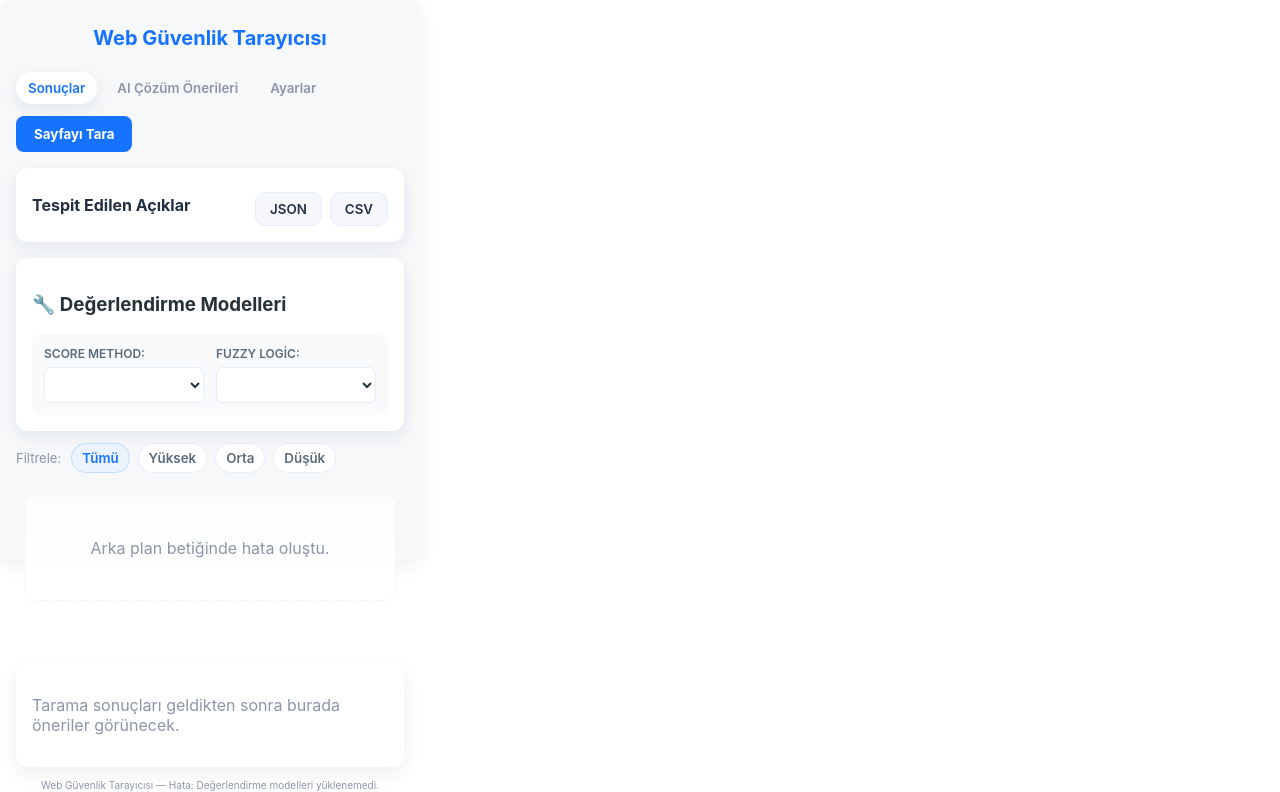
Repository: seliinduru/chrome-vuln-scanner
Page: popup.html
These files come from the project's save history. The page is drawn as it stood at one moment and after the next save; the edit follows.
The browser window is 1280 px wide. The pictures show the whole page.

Above is the page before, as saved 2025-11-05 18:38:43.

After the next save:
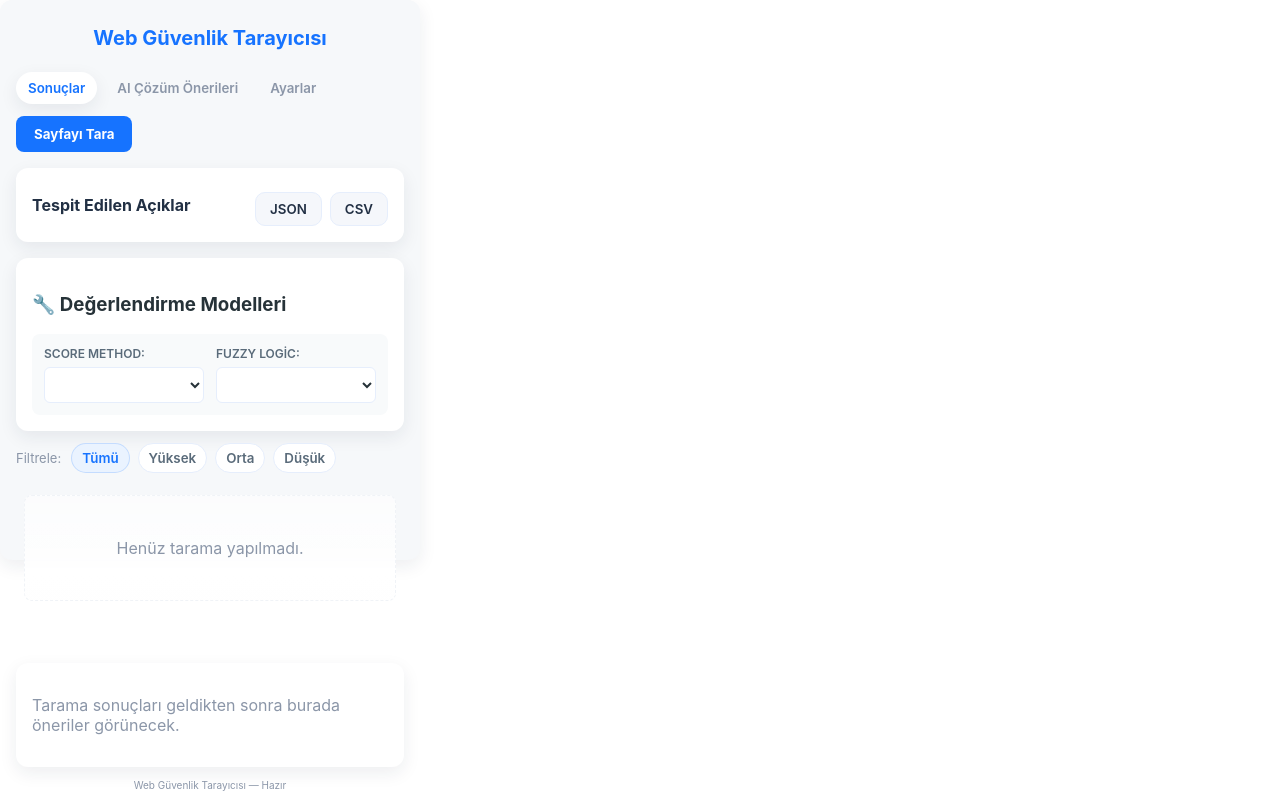
Console error: SyntaxError: Unexpected end of input
Saved 10 s later.
--- a/popup.js
+++ b/popup.js
@@ -1,6 +1,8 @@
-// popup.js - AI ÖNERİLERİ AYRI SAYFAYA TAŞINMIŞ NİHAİ VERSİYON
+// popup.js - NİHAİ, TEK SAYFA UYGULAMASI MİMARİSİNE SAHİP SON VERSİYON
 
 document.addEventListener('DOMContentLoaded', () => {
+
+    // Global Değişkenler ve DOM Elementleri
     let currentVulns = [];
     let currentFilter = 'all';
     let selectedModels = { scoreMethod: 'gpt', fuzzyLogic: 'gpt' };
@@ -13,10 +15,13 @@
     const statusText = document.getElementById('statusText');
     const scoreMethodSelect = document.getElementById('scoreMethodSelect');
     const fuzzyLogicSelect = document.getElementById('fuzzyLogicSelect');
-
+    const aiSuggestions = document.getElementById('aiSuggestions');
+
+    // Yardımcı Fonksiyonlar
     const setStatus = (message) => { if (statusText) statusText.textContent = message; };
     const filterVulns = (vulns) => { if (currentFilter === 'all') return vulns; return vulns.filter(v => (v.severity || 'medium').toLowerCase() === currentFilter); };
 
+    // Skorlama ve Değerlendirme Motorları (Değişiklik yok)
     const ScoreCalculator = {
         calculateScore: (vuln, config, modelName) => {
             if (!config || !config.typeWeights) return 50;
@@ -44,14 +49,10 @@
             return Math.round(Math.max(0, Math.min(1, score)) * 100);
         }
     };
-
     const FuzzyLogicEngine = {
         evaluate: (vuln, config) => {
              if (!config || !config.rules) return { score: 50, label: "Orta" };
             const { memberships, rules, outputs } = config;
-            const fuzzyInputs = { type: {}, location: {} };
-            for(const term in memberships.type){ fuzzyInputs.type[term] = (term === vuln.type) ? 1.0 : 0.0; }
-            for(const term in memberships.location){ fuzzyInputs.location[term] = (term === vuln.location) ? 1.0 : 0.0; }
             let totalWeightedScore = 0, totalWeight = 0, finalLabel = "Düşük";
             rules.forEach(rule => {
                 const score = outputs[rule.then]?.score || 5;
@@ -64,6 +65,7 @@
         }
     };
 
+    // Ana Mantık ve Arayüz Çizimi
     const generateHybridResults = () => {
         if (!fuzzyLogicConfig || !scoreMethods) return;
         const scoreConfig = scoreMethods.llmModels[selectedModels.scoreMethod];
@@ -78,11 +80,37 @@
         });
     };
 
+    const renderAiSuggestions = (vulns) => {
+        if (!aiSuggestions) return;
+        if (!vulns || vulns.length === 0) {
+            aiSuggestions.innerHTML = '<p class="muted">Öneri gösterecek bir açık bulunamadı.</p>';
+            return;
+        }
+        let suggestionsHTML = '<h3>Önerilen Çözümler</h3>';
+        const suggestionMap = {};
+        vulns.forEach(vuln => {
+            if (suggestionMap[vuln.type]) return;
+            switch (vuln.type) {
+                case 'xss':
+                    suggestionsHTML += `<div class="ai-advice"><h4>XSS Zafiyetleri İçin</h4><p>Kullanıcıdan gelen verileri DOM'a yazdırırken <strong>textContent</strong> kullanın. Eğer HTML yazdırmak zorundaysanız, bilinen bir "DOMPurify" gibi bir kütüphane ile veriyi temizleyin.</p></div>`;
+                    suggestionMap.xss = true;
+                    break;
+                case 'csp':
+                    suggestionsHTML += `<div class="ai-advice"><h4>CSP Eksikliği İçin</h4><p>HTTP başlıklarına katı bir <strong>Content-Security-Policy</strong> ekleyin. Bu, XSS saldırılarının etkisini büyük ölçüde azaltır.</p></div>`;
+                    suggestionMap.csp = true;
+                    break;
+                case 'csrf': case 'cookie':
+                    suggestionsHTML += `<div class="ai-advice"><h4>Cookie & CSRF Güvenliği</h4><p>Tüm oturum cookielerinin <strong>HttpOnly</strong>, <strong>Secure</strong> ve <strong>SameSite=Lax/Strict</strong> bayraklarına sahip olduğundan emin olun.</p></div>`;
+                    suggestionMap.csrf = true; suggestionMap.cookie = true;
+                    break;
+            }
+        });
+        aiSuggestions.innerHTML = Object.keys(suggestionMap).length > 0 ? suggestionsHTML : '<p class="muted">Bu açık türleri için henüz bir öneri tanımlanmadı.</p>';
+    };
+
     const renderVulns = () => {
-        if (!vulnList) return;
-        if (!fuzzyLogicConfig || !scoreMethods) {
-            setStatus("Hata: Değerlendirme modelleri yüklenemedi.");
-            vulnList.innerHTML = `<div class="empty-state"><p>Arka plan betiğinde hata oluştu.</p></div>`;
+        if (!vulnList || !fuzzyLogicConfig || !scoreMethods) {
+            if(vulnList) vulnList.innerHTML = `<div class="empty-state"><p>Modeller yüklenemedi.</p></div>`;
             return;
         }
         generateHybridResults();
@@ -108,6 +136,7 @@
         setStatus(`Tarama tamamlandı — ${filteredVulns.length} açık bulundu`);
     };
 
+    // İletişim ve Başlatma
     const startScan = async () => {
         if (isScanning || !fuzzyLogicConfig) return;
         isScanning = true;
@@ -147,10 +176,10 @@
             scoreMethods = scoreRes?.scoreMethods;
             currentVulns = vulnsRes?.vulnerabilities || [];
             if (fuzzyLogicConfig && scoreMethods) {
-                Object.keys(fuzzyLogicConfig.llmModels).forEach(key => fuzzyLogicSelect.add(new Option(key.toUpperCase(), key)));
+                Object.keys(fuzzyLogicConfig.llmModels).forEach(key => scoreMethodSelect.add(new Option(key.toUpperCase(), key)));
+                scoreMethodSelect.value = selectedModels.scoreMethod;
+                Object.keys(scoreMethods.llmModels).forEach(key => fuzzyLogicSelect.add(new Option(key.toUpperCase(), key)));
                 fuzzyLogicSelect.value = selectedModels.fuzzyLogic;
-                Object.keys(scoreMethods.llmModels).forEach(key => scoreMethodSelect.add(new Option(key.toUpperCase(), key)));
-                scoreMethodSelect.value = selectedModels.scoreMethod;
                 scanBtn.disabled = false;
             } else {
                 throw new Error("Yapılandırma dosyaları boş veya hatalı geldi.");
@@ -164,6 +193,7 @@
         }
     };
 
+    // Olay Dinleyicileri ve İlk Yükleme
     scanBtn.disabled = true;
     scanBtn.addEventListener('click', startScan);
     scoreMethodSelect.addEventListener('change', () => { selectedModels.scoreMethod = scoreMethodSelect.value; renderVulns(); });
@@ -180,19 +210,11 @@
     document.querySelectorAll('.tab').forEach(tab => {
         tab.addEventListener('click', (e) => {
             const targetTabId = e.target.dataset.tab;
+
+            // Ayarlar sekmesi ayrı bir sayfaya yönlendirir
             if (targetTabId === 'settings') {
                 window.location.href = 'settings.html';
                 return;
             }
-            if (targetTabId === 'ai') {
-                window.location.href = 'ai.html';
-                return;
-            }
-            // Sadece sonuçlar sekmesi için class değiştir
-            document.querySelector('.tab.active')?.classList.remove('active');
-            e.target.classList.add('active');
-        });
-    });
-
-    loadInitialData();
-});
+
+            // Diğer

After the save that followed:
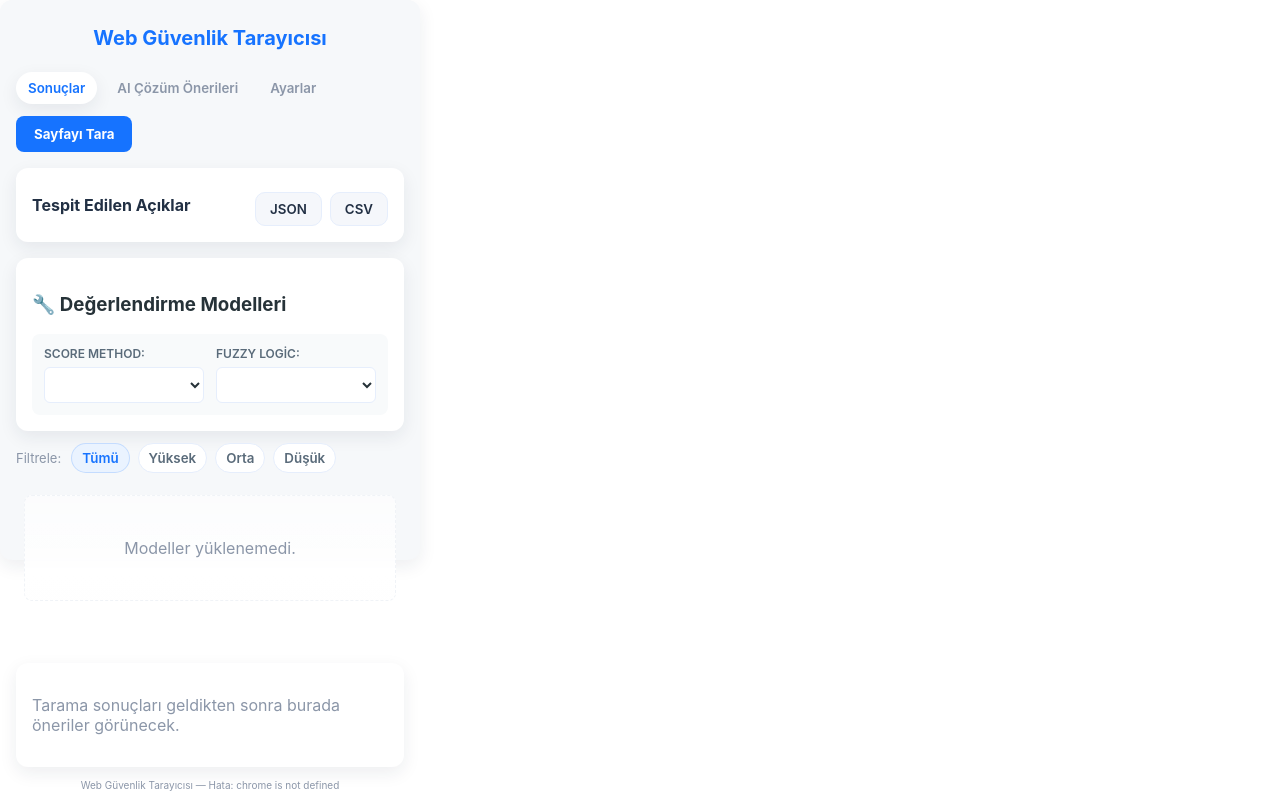
The error is gone.
Saved 17 s later.
--- a/popup.js
+++ b/popup.js
@@ -217,4 +217,18 @@
                 return;
             }
 
-            // Diğer
+            // Diğer sekmeler için içeriği göster/gizle
+            document.querySelector('.tab.active')?.classList.remove('active');
+            document.querySelector('.tab-content.active')?.classList.remove('active');
+            e.target.classList.add('active');
+            document.getElementById(targetTabId)?.classList.add('active');
+
+            // Eğer tıklanan sekme AI ise, önerileri o anda oluştur
+            if (targetTabId === 'ai') {
+                renderAiSuggestions(currentVulns);
+            }
+        });
+    });
+
+    loadInitialData();
+});
